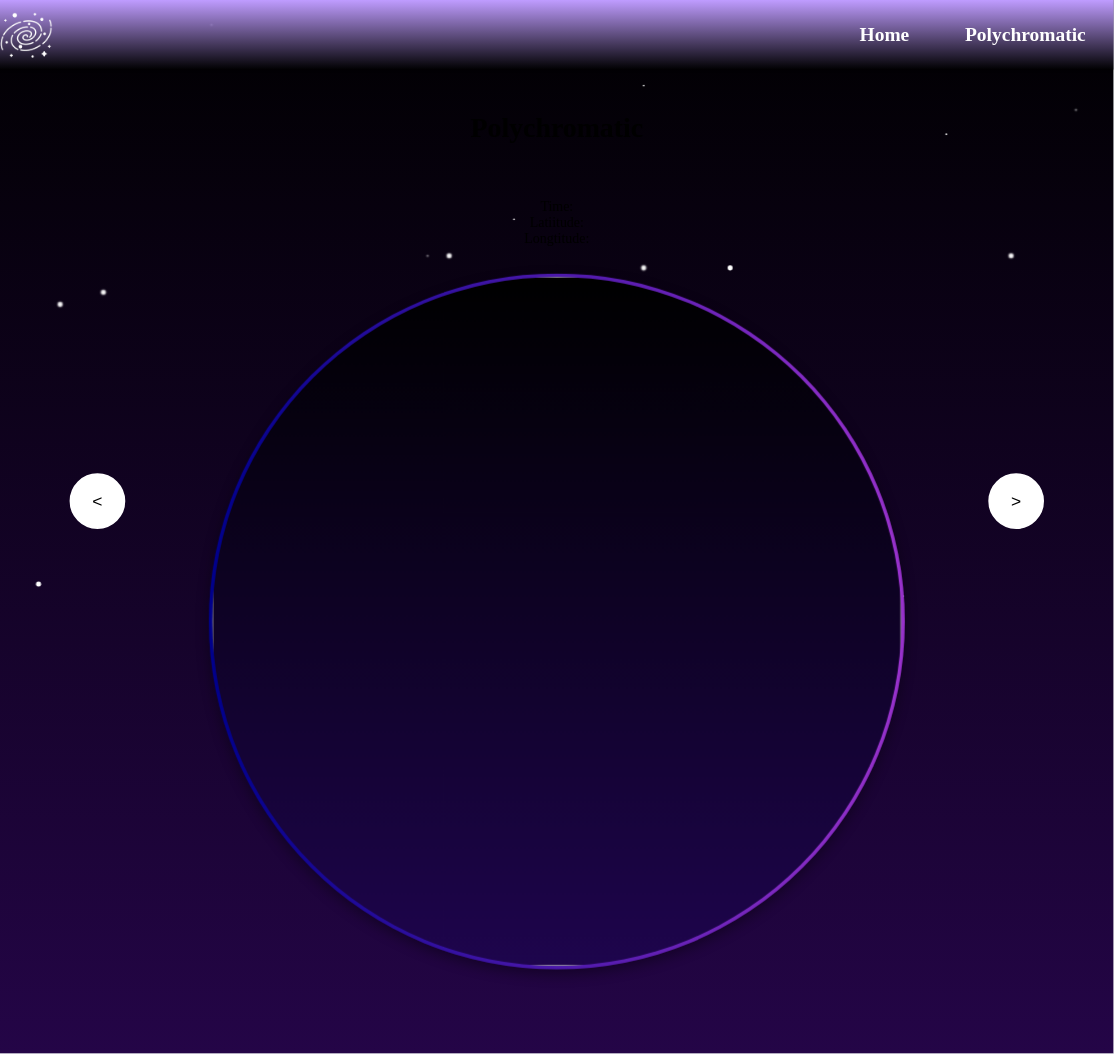
Repository: KayceeNguyen/DAI_W07_NASA
Page: /polychromatic
The author's editor kept a copy of each file at every save. The page is drawn from the files as they stood at one save, then again after the next save.
The browser window is 1280 px wide. The pictures show the whole page, at 87% of full size.
The page's requests for data from a server got no answer. The project was rebuilt for these pictures with package versions that can differ from the ones it lists, and the page was loaded fresh each time. The framework's server and built-in components were replaced by stand-ins that run in the browser. No one was signed in, and anything a server would have sent is missing. Also part of the build but not shown: next.config.js.

Above is the page before, as saved 2023-02-17 01:47:28.

### pages/polychromatic.js
import { useEffect, useState } from "react"
import axios from "axios";
import Image from "next/image";
import styles from '@/styles/Home.module.css'
import HeaderBar from '@/comps/header'
import Galaxy from '@/comps/galaxy'
import Head from 'next/head'

export default function Polychromatic() {

    const [image, setImage] = useState([]);
    const [images, setImages] = useState([]);
    const [time, setTime] = useState([]);
    const [date, setDate] = useState('');
    const [coords, setCoords] = useState({})

    const [active, setActive] = useState(false);

    const [currentIndex, setCurrentIndex] = useState(0);

    const apiKey = "qO706hvtrjKPLwTwuCZ9XYxHnUPvhtQHSM6Ncmu8";
    const url = `https://epic.gsfc.nasa.gov/api/natural?api_key=${apiKey}`

    const getPolychromaticData = async () => {
        const res = await axios.get(url);
        const data = await res.data;
        console.log(data)

        const caption = data[currentIndex].caption;
        const date = data[currentIndex].date.split(" ")[0];


        const date_formatted = date.replaceAll("-","/")
        console.log(date_formatted);

        let times = [];
        let images = [];

    for (let i = 0; i < data.length; i++) {
    let time = data[i].date.split(" ")[1];
    let coords = data[i].centroid_coordinates;
    let imagePath = data[i].image;
    let image = `https://epic.gsfc.nasa.gov/archive/natural/${date_formatted}/png/${imagePath}.png`;

    times.push(time);

    images.push({
        image: image,
        time: time,
        coords: coords,
        caption: caption
    });
}

    setImages(images);
    setTime(times[0]);
    setCoords([images[0].coords.lat, images[0].coords.lon]);
    setImage(images[currentIndex]);

}

    useEffect(() => {
        getPolychromaticData();
    }, [currentIndex]);

    const nextImage = () => {
        setCurrentIndex((currentIndex + 1) % images.length);
    };

    const prevImage = () => {
        setCurrentIndex(
          currentIndex === 0 ? images.length - 1 : currentIndex - 1
        );
    };

    const handleImageLoad = () => {
        setActive(true);
      }

    return(
        <>

        <Head>
          <title>NASA TechPort & EPIC API</title>
          <meta name="description" content="The website showcases NASA's technologies using the TechPort and PIC API and offers daily full disc imagery of the Earth and unique astronomical events. Users can discover the technologies NASA is developing in propulsion, nanotechnology, robotics, and human health while enjoying stunning images of the universe." />
          <meta name="viewport" content="width=device-width, initial-scale=1" />
          <link rel="icon" href="/galaxy.png" />
        </Head>

            <HeaderBar />

            <Galaxy />



            <main className={styles.main}>
                <h1>Polychromatic</h1>

                    <div className={styles.arrowContainer}>
                        <button className={styles.arrow} onClick={prevImage}>
                            &lt;
                        </button>
                        <button className={styles.arrow} onClick={nextImage}>
                            &gt;
                        </button>
                    </div>
                    <div className={styles.bigEarthContainer}>
                        <div className={styles.bigEarthText}>
                            <div>Time: {image.time}</div>
                            <div>Latiitude: {coords[0]}</div>
                            <div>Longtitude: {coords[1]}</div>
                        </div>

                        <Image
                            src={image.image}
                            alt={image.caption}
                            width={800}
                            height={800}
                            className={`${styles.earthImage} ${active ? styles.active : ''}`}
                            onLoad={handleImageLoad}

                        />

                        {/* <div onClick={nextImage} className={styles.arrow}>
                            {">"}
                        </div> */}
                    </div>






                {/* <table>
                    <thead>
                        <tr>
                            <th>Time</th>
                            <th>Latitude</th>
                            <th>Longtitude</th>
                            <th>Image</th>
                            <th></th>
                        </tr>
                    </thead>

                    <tbody>
                        {
                            images.map((e, i) => {
                                return (
                                    <tr key={i}>
                                        <td>{e.time}</td>
                                        <td>{e.coords.lat}</td>
                                        <td>{e.coords.lon}</td>
                                        <td>
                                            <Image
                                                src={e.image}
                                                alt={i}
                                                width={200}
                                                height={200}
                                            />
                                        </td>

                                        <td>
                                            <button onClick={() => {
                                                setImage(e.image)
                                                setTime(e.time)
                                                setCoords([e.coords.lat, e.coords.lon])
                                                console.log(image[i].image)
                                                document.body.scrollIntoView();

                                            }}>View</button>
                                        </td>
                                    </tr>
                                )
                            })
                        }
                    </tbody>
                </table> */}
            </main>
        </>
    )
}

### styles/Home.module.css
.main {
  display: flex;
  flex-direction: column;
  justify-content: space-between;
  align-items: center;
  padding: 6rem;
  min-height: 100vh;
  background: linear-gradient(180deg, rgb(0, 0, 0) 0%, rgb(36, 5, 71) 100%);
  animation: Gradient 10s ease infinite; /* Animate the gradient */
  -webkit-animation: Gradient 8s ease infinite;
	-moz-animation: Gradient 8s ease infinite;
}

@-webkit-keyframes Gradient {
  0%{background-position:0% 50%}
  50%{background-position:100% 50%}
  100%{background-position:0% 50%}
}
@-moz-keyframes Gradient {
  0%{background-position:0% 50%}
  50%{background-position:100% 50%}
  100%{background-position:0% 50%}
}
@keyframes Gradient {
  0%{background-position:0% 50%}
  50%{background-position:100% 50%}
  100%{background-position:0% 50%}
}

.description {
  display: inherit;
  justify-content: inherit;
  align-items: inherit;
  font-size: 0.85rem;
  max-width: var(--max-width);
  width: 100%;
  z-index: 2;
  font-family: var(--font-mono);
}

.description a {
  display: flex;
  justify-content: center;
  align-items: center;
  gap: 0.5rem;
}

.description p {
  position: relative;
  margin: 0;
  padding: 1rem;
  background-color: rgba(var(--callout-rgb), 0.5);
  border: 1px solid rgba(var(--callout-border-rgb), 0.3);
  border-radius: var(--border-radius);
}

.code {
  font-weight: 700;
  font-family: var(--font-mono);
}

.grid {
  display: grid;
  grid-template-columns: repeat(4, minmax(25%, auto));
  width: var(--max-width);
  max-width: 100%;
}

.card {
  padding: 1rem 1.2rem;
  border-radius: var(--border-radius);
  background: rgba(var(--card-rgb), 0);
  border: 1px solid rgba(var(--card-border-rgb), 0);
  transition: background 200ms, border 200ms;
}

.card span {
  display: inline-block;
  transition: transform 200ms;
}

.card h2 {
  font-weight: 600;
  margin-bottom: 0.7rem;
}

.card p {
  margin: 0;
  opacity: 0.6;
  font-size: 0.9rem;
  line-height: 1.5;
  max-width: 30ch;
}

.center {
  display: flex;
  justify-content: center;
  align-items: center;
  position: relative;
  padding: 4rem 0;
}

.center::before {
  background: var(--secondary-glow);
  border-radius: 50%;
  width: 480px;
  height: 360px;
  margin-left: -400px;
}

.center::after {
  background: var(--primary-glow);
  width: 240px;
  height: 180px;
  z-index: -1;
}

.center::before,
.center::after {
  content: '';
  left: 50%;
  position: absolute;
  filter: blur(45px);
  transform: translateZ(0);
}

.logo,
.thirteen {
  position: relative;
}

.thirteen {
  display: flex;
  justify-content: center;
  align-items: center;
  width: 75px;
  height: 75px;
  padding: 25px 10px;
  margin-left: 16px;
  transform: translateZ(0);
  border-radius: var(--border-radius);
  overflow: hidden;
  box-shadow: 0px 2px 8px -1px #0000001a;
}

.thirteen::before,
.thirteen::after {
  content: '';
  position: absolute;
  z-index: -1;
}

/* Conic Gradient Animation */
.thirteen::before {
  animation: 6s rotate linear infinite;
  width: 200%;
  height: 200%;
  background: var(--tile-border);
}

/* Inner Square */
.thirteen::after {
  inset: 0;
  padding: 1px;
  border-radius: var(--border-radius);
  background: linear-gradient(
    to bottom right,
    rgba(var(--tile-start-rgb), 1),
    rgba(var(--tile-end-rgb), 1)
  );
  background-clip: content-box;
}

/* Enable hover only on non-touch devices */
@media (hover: hover) and (pointer: fine) {
  .card:hover {
    background: rgba(var(--card-rgb), 0.1);
    border: 1px solid rgba(var(--card-border-rgb), 0.15);
  }

  .card:hover span {
    transform: translateX(4px);
  }
}

@media (prefers-reduced-motion) {
  .thirteen::before {
    animation: none;
  }

  .card:hover span {
    transform: none;
  }
}

/* Mobile */
@media (max-width: 700px) {
  .content {
    padding: 4rem;
  }

  .grid {
    grid-template-columns: 1fr;
    margin-bottom: 120px;
    max-width: 320px;
    text-align: center;
  }

  .card {
    padding: 1rem 2.5rem;
  }

  .card h2 {
    margin-bottom: 0.5rem;
  }

  .center {
    padding: 8rem 0 6rem;
  }

  .center::before {
    transform: none;
    height: 300px;
  }

  .description {
    font-size: 0.8rem;
  }

  .description a {
    padding: 1rem;
  }

  .description p,
  .description div {
    display: flex;
    justify-content: center;
    position: fixed;
    width: 100%;
  }

  .description p {
    align-items: center;
    inset: 0 0 auto;
    padding: 2rem 1rem 1.4rem;
    border-radius: 0;
    border: none;
    border-bottom: 1px solid rgba(var(--callout-border-rgb), 0.25);
    background: linear-gradient(
      to bottom,
      rgba(var(--background-start-rgb), 1),
      rgba(var(--callout-rgb), 0.5)
    );
    background-clip: padding-box;
    backdrop-filter: blur(24px);
  }

  .description div {
    align-items: flex-end;
    pointer-events: none;
    inset: auto 0 0;
    padding: 2rem;
    height: 200px;
    background: linear-gradient(
      to bottom,
      transparent 0%,
      rgb(var(--background-end-rgb)) 40%
    );
    z-index: 1;
  }
}

/* Tablet and Smaller Desktop */
@media (min-width: 701px) and (max-width: 1120px) {
  .grid {
    grid-template-columns: repeat(2, 50%);
  }
}

@media (prefers-color-scheme: dark) {
  .vercelLogo {
    filter: invert(1);
  }

  .logo,
  .thirteen img {
    filter: invert(1) drop-shadow(0 0 0.3rem #ffffff70);
  }
}

@keyframes rotate {
  from {
    transform: rotate(360deg);
  }
  to {
    transform: rotate(0deg);
  }
}






/**************** HEADER STYLING ****************/



.header {
  position: fixed;
  z-index: 1;
  width: 100vw;
  display: flex;
  justify-content: center;
  align-items: center;
  height: 5rem;
  background: linear-gradient(180deg, rgb(191, 156, 255) 0%, rgba(0, 0, 0, 0.5) 100%);
  box-shadow: 0 2px 4px rgba(0, 0, 0, 0.1);
}

.headerIcon {
  filter: brightness(0) invert(1);
}

.nav {
  display: flex;
  justify-content: space-between;
  align-items: center;
  width: 100%;
  max-width: 80rem;
}

.navList {
  display: flex;
  list-style: none;
  margin: 0;
  padding: 0;
}

.navItem {
  margin-right: 2rem;
  margin-left: 2em;
}

/* .navItem > a > div.navLink:active {
  text-decoration: underline;
} */

.navLink {
  font-size: 1.4rem;
  font-weight: 600;
  color: #ffffff;
  text-decoration: none;
  transition: color 0.2s;
}

.navLink:hover {
  color: #fff644;
}




/**************** MAIN STYLING ****************/




.main {
  display: flex;
  flex-direction: column;
  justify-content: center;
  align-items: center;
  justify-items: center;
}




.main > h1 {
  padding: 1em 2em 2em 2em;
}

.bigCont {
  text-align: center;
}


/**************** CAROUSEL STYLING ****************/


.carousel {
  display: flex;
  justify-content: center;
  align-items: center;
  width: 100%;
  max-width: 800px;
  margin: 0 auto;
}

.carouselArrow {
  font-size: 2rem;
  color: rgb(255, 255, 255);
  cursor: pointer;
  background-color:transparent;
  border: 2px solid rgb(255, 255, 255, 1);
  width: 50px;
  height: 50px;
  border-radius: 50%;
  display: inline-flex;
  align-items: center;
  justify-content: center;
}

.carouselArrow:hover {
  color: rgb(31, 0, 54);
  box-shadow: 0 4px 6px rgba(255, 255, 255, 0.6);
  background-color:rgba(255, 255, 255, 0.8) ;
  transition: all 0.2s ease;
}

.carouselArrow:hover:after {
  left: 0;
  width: 100%;
}

.carouselArrow:active {
  top: 20px;
}

.carouselImageContainer {
  margin: 0 2rem;
  width: 400px;
  height: 400px;
  position: relative;
}

.carouselImageContainer img {
  position: absolute;
  top: 0;
  left: 0;
  width: 100%;
  height: 100%;
  object-fit: contain;
}

.imageCont {
  position: absolute;
  top: 0;
  opacity: 0.4;
  width: 100%;
  height: 100%;
  transition: opacity 1.5s ease;
}

.imageCont.active {
  opacity: 1;
}


/* @keyframes slide {
  100% { left: 0; }
}

@keyframes slide-in {
  100% { transform: translateX(0%); }
}

@-webkit-keyframes slide-in {
  100% { -webkit-transform: translateX(0%); }
}

@keyframes slide-out {
  0% { transform: translateX(0%); }
  100% { transform: translateX(-100%); }
}

@-webkit-keyframes slide-out {
  0% { -webkit-transform: translateX(0%); }
  100% { -webkit-transform: translateX(-100%); }
} */


/**************** GALAXY BG STYLING ****************/




.galaxyCont {
  width: 100vw;
  height: 100%;
  display: flex;
  justify-content: center;
  align-items: center;
}


.galaxy {

  position: fixed;
  height: 1px;
  width: 1px;
  background-color: #fff;
  border-radius: 50%;
  box-shadow: -42vw -4vh 0px 0px #fff,25vw -41vh 0px 0px #fff,-20vw 49vh 0px 1px #fff,5vw 40vh 1px 1px #fff,29vw 19vh 1px 0px #fff,-44vw -13vh 0px 0px #fff,46vw 41vh 0px 1px #fff,-3vw -45vh 0px 1px #fff,47vw 35vh 1px 0px #fff,12vw -8vh 1px 0px #fff,-34vw 48vh 1px 1px #fff,32vw 26vh 1px 1px #fff,32vw -41vh 1px 1px #fff,0vw 37vh 1px 1px #fff,34vw -26vh 1px 0px #fff,-14vw -49vh 1px 0px #fff,-12vw 45vh 0px 1px #fff,-44vw -33vh 0px 1px #fff,-13vw 41vh 0px 0px #fff,-36vw -11vh 0px 1px #fff,-23vw -24vh 1px 0px #fff,-38vw -27vh 0px 1px #fff,16vw -19vh 0px 0px #fff,28vw 33vh 1px 0px #fff,-49vw -4vh 0px 0px #fff,16vw 32vh 0px 1px #fff,36vw -18vh 1px 0px #fff,-25vw -30vh 1px 0px #fff,-23vw 24vh 0px 1px #fff,-2vw -35vh 1px 1px #fff,-25vw 9vh 0px 0px #fff,-15vw -34vh 0px 0px #fff,-8vw -19vh 1px 0px #fff,-20vw -20vh 1px 1px #fff,42vw 50vh 0px 1px #fff,-32vw 10vh 1px 0px #fff,-23vw -17vh 0px 0px #fff,44vw 15vh 1px 0px #fff,-40vw 33vh 1px 1px #fff,-43vw 8vh 0px 0px #fff,-48vw -15vh 1px 1px #fff,-24vw 17vh 0px 0px #fff,-31vw 50vh 1px 0px #fff,36vw -38vh 0px 1px #fff,-7vw 48vh 0px 0px #fff,15vw -32vh 0px 0px #fff,29vw -41vh 0px 0px #fff,2vw 37vh 1px 0px #fff,7vw -40vh 1px 1px #fff,15vw 18vh 0px 0px #fff,25vw -13vh 1px 1px #fff,-46vw -12vh 1px 1px #fff,-18vw 22vh 0px 0px #fff,23vw -9vh 1px 0px #fff,50vw 12vh 0px 1px #fff,45vw 2vh 0px 0px #fff,14vw -48vh 1px 0px #fff,23vw 43vh 0px 1px #fff,-40vw 16vh 1px 1px #fff,20vw -31vh 0px 1px #fff,-17vw 44vh 1px 1px #fff,18vw -45vh 0px 0px #fff,33vw -6vh 0px 0px #fff,0vw 7vh 0px 1px #fff,-10vw -18vh 0px 1px #fff,-19vw 5vh 1px 0px #fff,1vw 42vh 0px 0px #fff,22vw 48vh 0px 1px #fff,39vw -8vh 1px 1px #fff,-6vw -42vh 1px 0px #fff,-47vw 34vh 0px 0px #fff,-46vw 19vh 0px 1px #fff,-12vw -32vh 0px 0px #fff,-45vw -38vh 0px 1px #fff,-28vw 18vh 1px 0px #fff,-38vw -46vh 1px 1px #fff,49vw -6vh 1px 1px #fff,-28vw 18vh 1px 1px #fff,10vw -24vh 0px 1px #fff,-5vw -11vh 1px 1px #fff,33vw -8vh 1px 0px #fff,-16vw 17vh 0px 0px #fff,18vw 27vh 0px 1px #fff,-8vw -10vh 1px 1px #fff;

/* stars were too big with the layers above but left the code in case no one cares  -- as in, if noone's just that  one other loner who actually cares    */

  box-shadow: 24vw 9vh 1px 0px #fff,12vw -24vh 0px 1px #fff,-45vw -22vh 0px 0px #fff,-37vw -40vh 0px 1px #fff,29vw 19vh 0px 1px #fff,4vw -8vh 0px 1px #fff,-5vw 21vh 1px 1px #fff,-27vw 26vh 1px 1px #fff,-47vw -3vh 1px 1px #fff,-28vw -30vh 0px 1px #fff,-43vw -27vh 0px 1px #fff,4vw 22vh 1px 1px #fff,36vw 23vh 0px 0px #fff,-21vw 24vh 1px 1px #fff,-16vw 2vh 1px 0px #fff,-16vw -6vh 0px 0px #fff,5vw 26vh 0px 0px #fff,-34vw 41vh 0px 0px #fff,1vw 42vh 1px 1px #fff,11vw -13vh 1px 1px #fff,48vw -8vh 1px 0px #fff,22vw -15vh 0px 0px #fff,45vw 49vh 0px 0px #fff,43vw -27vh 1px 1px #fff,20vw -2vh 0px 0px #fff,8vw 22vh 0px 1px #fff,39vw 48vh 1px 1px #fff,-21vw -11vh 0px 1px #fff,-40vw 45vh 0px 1px #fff,11vw -30vh 1px 0px #fff,26vw 30vh 1px 0px #fff,45vw -29vh 0px 1px #fff,-2vw 18vh 0px 0px #fff,-29vw -45vh 1px 0px #fff,-7vw -27vh 1px 1px #fff,42vw 24vh 0px 0px #fff,45vw -48vh 1px 0px #fff,-36vw -18vh 0px 0px #fff,-44vw 13vh 0px 1px #fff,36vw 16vh 0px 1px #fff,40vw 24vh 0px 0px #fff,18vw 11vh 0px 0px #fff,-15vw -23vh 1px 0px #fff,-24vw 48vh 0px 1px #fff,27vw -45vh 1px 0px #fff,-2vw -24vh 0px 1px #fff,-15vw -28vh 0px 0px #fff,-43vw 13vh 1px 0px #fff,7vw 27vh 1px 0px #fff,47vw 5vh 0px 0px #fff,-45vw 15vh 1px 1px #fff,-5vw -28vh 0px 1px #fff,38vw 25vh 1px 1px #fff,-39vw -1vh 1px 0px #fff,5vw 0vh 1px 0px #fff,49vw 13vh 0px 0px #fff,48vw 10vh 0px 1px #fff,19vw -28vh 0px 0px #fff,4vw 7vh 0px 0px #fff,21vw 21vh 1px 1px #fff,-15vw -15vh 0px 1px #fff,-6vw -42vh 1px 0px #fff,-15vw 48vh 1px 1px #fff,-23vw 25vh 1px 1px #fff,-48vw 25vh 0px 1px #fff,-31vw -19vh 0px 1px #fff,4vw 37vh 1px 1px #fff,-43vw 28vh 0px 0px #fff,3vw -25vh 0px 1px #fff,-39vw 14vh 0px 1px #fff,-40vw 31vh 0px 1px #fff,35vw -36vh 1px 1px #fff,16vw 49vh 0px 0px #fff,6vw 39vh 0px 0px #fff,3vw -35vh 0px 1px #fff,-44vw -2vh 1px 0px #fff,-6vw 21vh 1px 0px #fff,48vw 9vh 1px 1px #fff,-43vw 30vh 1px 1px #fff,29vw -12vh 1px 1px #fff,-48vw 13vh 1px 0px #fff,-42vw 32vh 1px 1px #fff,34vw 15vh 1px 1px #fff,29vw -37vh 1px 1px #fff,28vw 2vh 0px 0px #fff;
  animation: zoom 8s alternate infinite, blink-animation 2s steps(5, start) infinite;
}

@keyframes zoom {
    0%{
        transform: scale(1);
    }
    100%{
        transform: scale(2);
    }
}

@keyframes blink-animation {
  to {
    visibility: hidden;
  }
}
@-webkit-keyframes blink-animation {
  to {
    visibility: hidden;
  }
}




/**************** GALAXY BG STYLING ****************/


.bigEarthText {
  display: flex;
  flex-direction: column;
  align-items: center;
}









/* styles for the spinning animation */
@keyframes spin {
  from {
    transform: rotateY(0deg);
    opacity: 1;
  }
  to {
    transform: rotateY(360deg);
    opacity: 1;
  }
}


/* styles for the main section with the big Earth image */


.bigEarthContainer {
  display: flex;
  flex-direction: column;
  align-items: center;
  justify-content: center;
  position: relative;
}

/* styles for the previous/next arrow buttons */
.arrowContainer {
  position: fixed;
  top: 80vh;
  transform: translateY(-50%);
  display: flex;
  justify-content: space-between;
  width: 100%;
  box-sizing: border-box;
  cursor: pointer;
  z-index: 1;
  align-items: center;
}

button.arrow {

  font-size: 20px;
  width: 4rem;
  height: 4rem;
  background-color:rgb(255, 255, 255, 1);
  color:#000000;
  border-radius:50%;
  margin: 4em;
  border:2px solid #ffffff;

  visibility: visible;
}

.arrow:hover {
  transform:scale(1.05);
  background-color:transparent;
  color:#ffffff;
  border:2px solid #ffffff;
}



.earthImage {
  width: 800px;
  height: 800px;
  object-fit: cover;

  /* opacity: 0.4; */
  /* animation: spin 10s ease-in-out; */
  /* opacity: 0; */

  border-radius: 50%;
  background: linear-gradient(rgb(0, 0, 0), rgb(30, 5, 77)) padding-box,
              linear-gradient(to right, darkblue, darkorchid) border-box;
  border: 4px solid transparent;
  /* transition: opacity 4s ease; */

  animation: float 6s ease-in-out infinite;
}

@keyframes float {
	0% {
		box-shadow: 0 5px 15px 0px rgba(0,0,0,0.4);
		transform: translatey(0px);
	}
  50% {
		box-shadow: 0 25px 15px 0px rgba(0,0,0,0.1);
		transform: translatey(-20px);
	}
  100% {
		box-shadow: 0 5px 15px 0px rgba(0,0,0,0.4);
		transform: translatey(0px);
	}
}

/* styles for the image that shows the Earth */
.earthImage.active {
    opacity: 1;
}


/* @keyframes opacity {
  from {
    opacity: 0.5;
  }
  to {
    opacity: 1;
  }
} */

.bigEarthText {
  padding-bottom: 2em;
}

### comps/header.js
import Link from 'next/link';
import styles from '@/styles/Home.module.css';

const HeaderBar = () => {
  return (
    <header className={styles.header}>
      <nav className={styles.nav}>
      <img
        className={styles.headerIcon}
        src="/galaxy-header.png"
        width="60px"
        onClick={
            ()=>r.push("/")}
        />
        <ul className={styles.navList}>
          <li className={styles.navItem}>
            <a href="/">
              <div className={styles.navLink}>Home</div>
            </a>
          </li>
          <li className={styles.navItem}>
            <a href="/polychromatic">
              <div className={styles.navLink}>Polychromatic</div>
            </a>
          </li>
        </ul>
      </nav>
    </header>
  );
};

export default HeaderBar;

### comps/galaxy.js
import styles from '@/styles/Home.module.css'

export default function Galaxy() {
    return (
        <div className={styles.galaxyCont}>
            <div className={styles.galaxy}></div>
        </div>
    )
}

Loaded but not shown: pages/_app.js (common file); pages/_document.js (common file); styles/globals.css (common file)

After the next save:
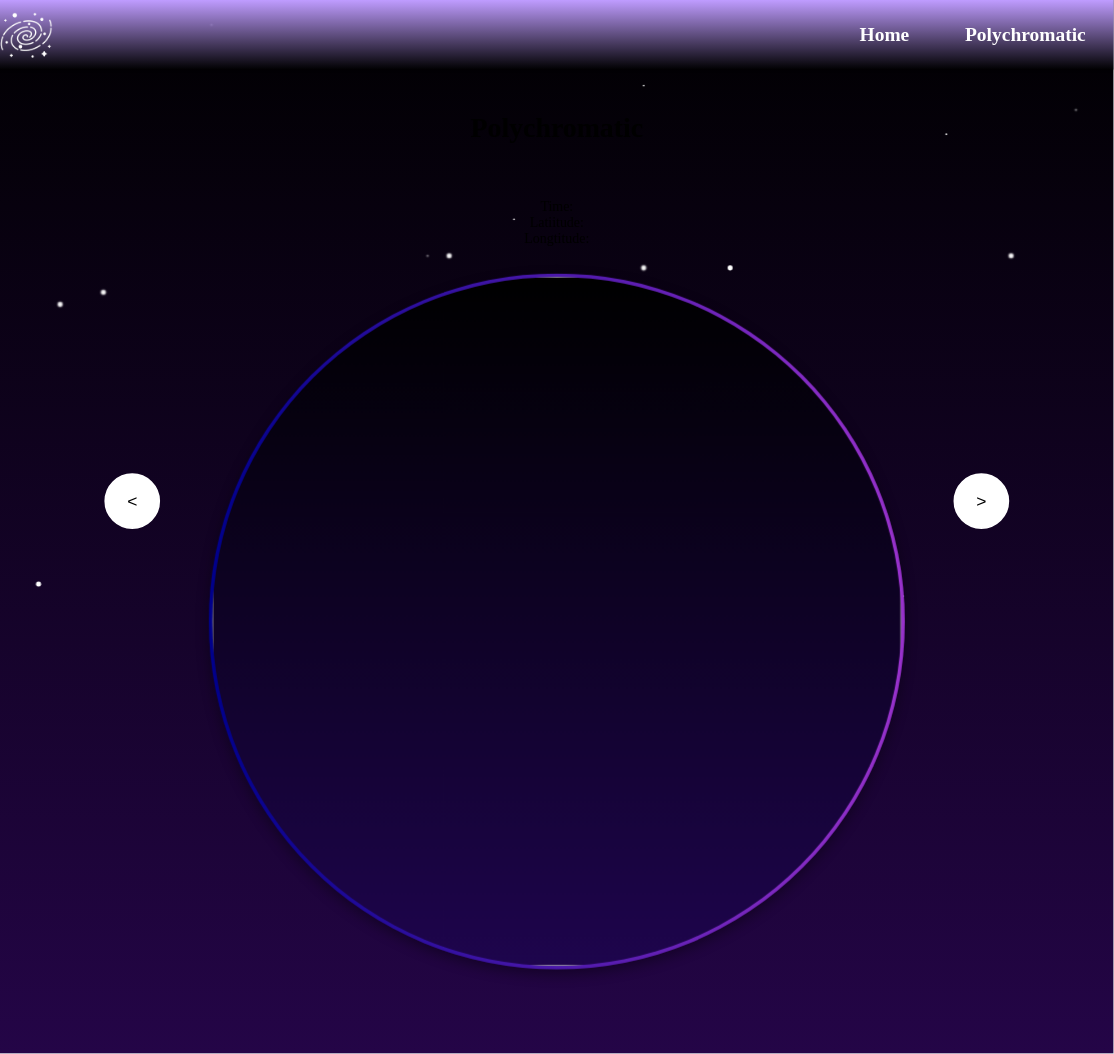
Saved 6 s later.
--- a/styles/Home.module.css
+++ b/styles/Home.module.css
@@ -596,7 +596,7 @@ button.arrow {
   background-color:rgb(255, 255, 255, 1);
   color:#000000;
   border-radius:50%;
-  margin: 4em;
+  margin: 6em;
   border:2px solid #ffffff;
 
   visibility: visible;
